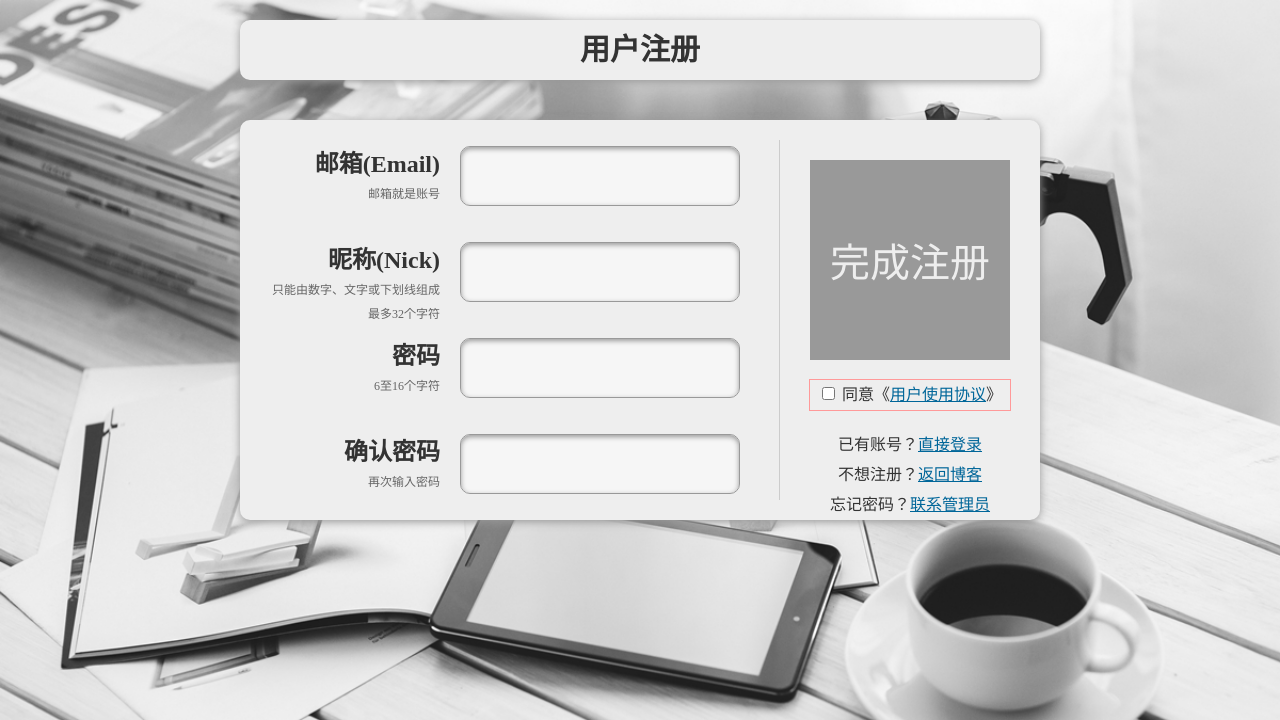
Repository: SUT-GC/myblog
Page: http://localhost/myblog/jsp/registered/registered.jsp
An editor plug-in stored every save of this project. The page is shown before and after the next save, followed by the edit.
The browser window is 1280 px wide. The pictures show the whole page.
The page is served by Tomcat 9.

Above is the page before, as saved 2015-10-01 09:56:19.

After the next save:
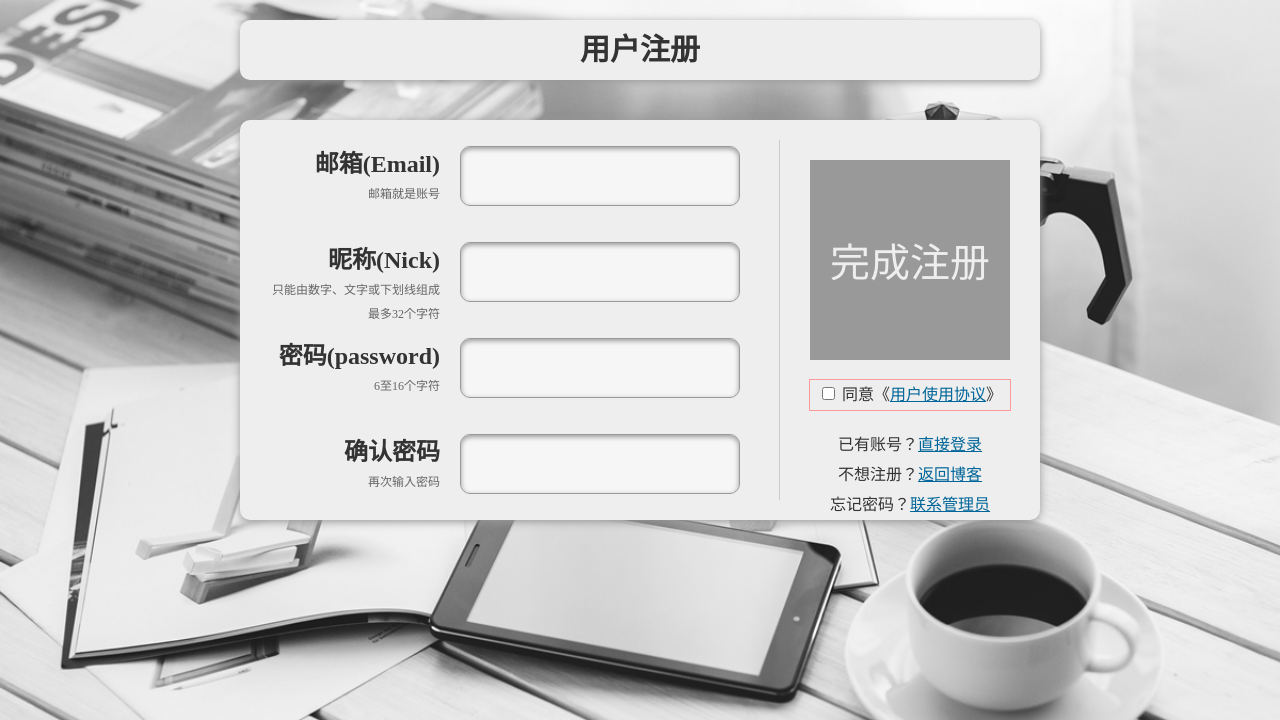
Saved 12 s later.
--- a/javaee_workspace/myblog/WebContent/jsp/registered/registered.jsp
+++ b/javaee_workspace/myblog/WebContent/jsp/registered/registered.jsp
@@ -39,7 +39,7 @@
 </div>
 <div class="line" id="line_password">
 <div class="info">
-<strong>密码</strong>
+<strong>密码(password)</strong>
 <span class="tips">6至16个字符</span>
 </div>
 <div class="input">
